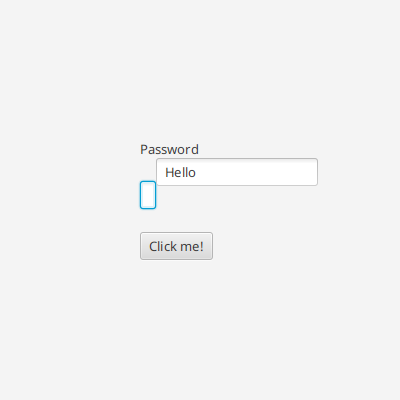
Repository: Tomcat-Seaotter/Java
Program's window: java code14/Lesson41/src/application/Lesson42.java
An editor plug-in stored every save of this project. The program's window is shown before and after the next save, followed by the edit.
It runs on Java 21 on a 1366 x 768 screen with JavaFX 11; the title bar is not drawn.

Above is the program's window before, as saved 2018-12-21 23:11:39.

After the next save:
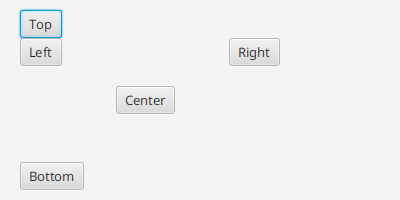
Saved 40 s later.
--- a/code14/Lesson41/src/application/Lesson42.java
+++ b/code14/Lesson41/src/application/Lesson42.java
@@ -14,24 +14,28 @@
 	@Override
 	public void start(Stage stage) throws Exception {
 		// TODO Auto-generated method stub
-		Label lab1 = new Label();
-		lab1.setText("UserName");
-		Label lab2 = new Label();
-		lab1.setText("Password");
-		TextField tx1 = new TextField();
-		TextField tx2 = new TextField("Hello");
-		Button btn1 = new Button("Click me!");
-		BorderPane pane1 = new BorderPane();
-		pane1.setPadding(new Insets(140,140,140,140));
-		pane1.setTop(lab1);
-		pane1.setLeft(lab2);
-		pane1.setCenter(tx1);
-		pane1.setRight(tx2);
-		pane1.setBottom(btn1);
-		Scene scene1 = new Scene(pane1,400,400);
-		stage.setTitle("BorderPane");
-		stage.setScene(scene1);
-		stage.show();
+	    stage.setTitle("BorderPane Test");
+	    BorderPane bp = new BorderPane();
+	    bp.setPadding(new Insets(10, 20, 10, 20));
+
+	    Button btnTop = new Button("Top");
+	    bp.setTop(btnTop);
+
+	    Button btnLeft = new Button("Left");
+	    bp.setLeft(btnLeft);
+
+	    Button btnCenter = new Button("Center");
+	    bp.setCenter(btnCenter);
+
+	    Button btnRight = new Button("Right");
+	    bp.setRight(btnRight);
+
+	    Button btnBottom = new Button("Bottom");
+	    bp.setBottom(btnBottom);
+
+	    Scene scene = new Scene(bp, 300, 200);
+	    stage.setScene(scene);
+	    stage.show();
 	}
 
 	public static void main(String[] args) {
